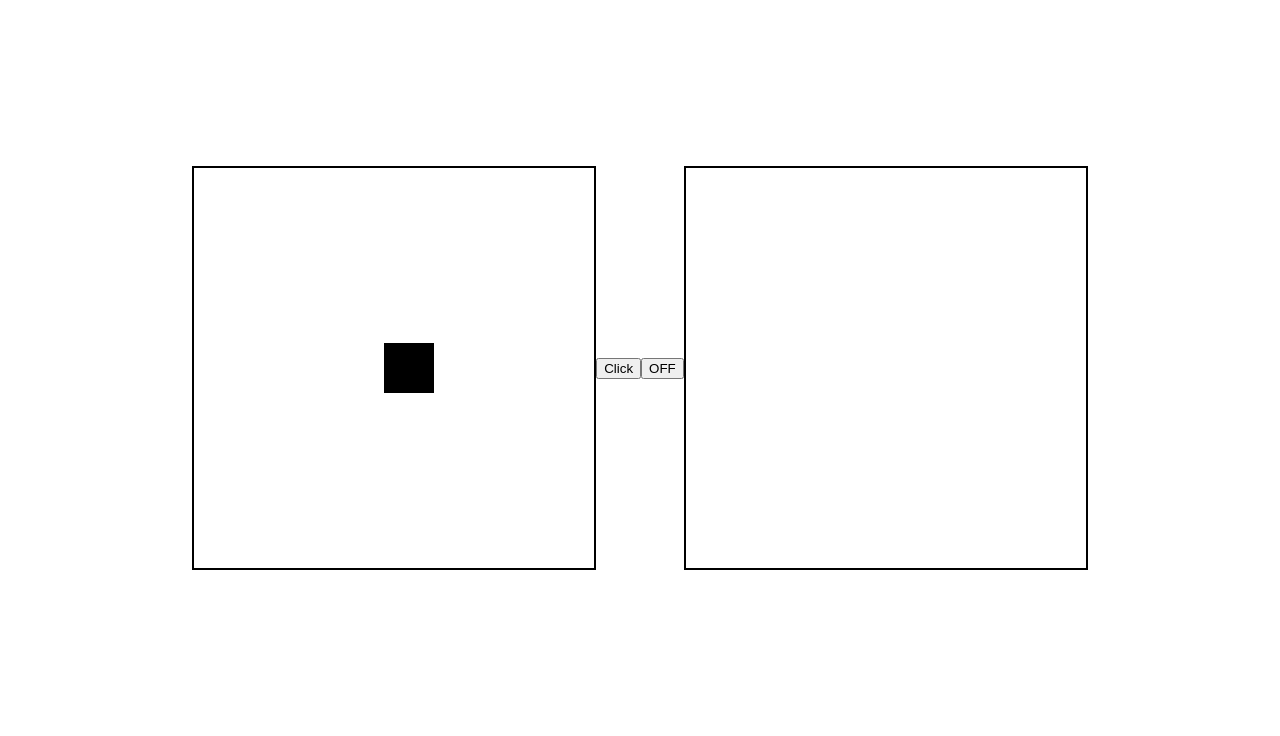
Repository: dmpelaez/photoBoothy
Page: Photobooth.html
An editor plug-in stored every save of this project. The page is shown before and after the next save, followed by the edit.
The browser window is 1280 px wide. The pictures show the whole page.

Above is the page before, as saved 2025-12-16 20:58:02.

### Photobooth.html
<!DOCTYPE html>

  <html>

    <head>

      <title>Photobooth</title>

      <link rel="stylesheet" href="Photobooth.css">
    </head>
    <body>
      <div class="timer"></div>
      <video autoplay id="video"></video>
      <button id="photo-btn" >Click</button>
      <button id="btn-toggle">OFF</button>
      <canvas id="canvas-image"></canvas>
      <script src="Photobooth.js"></script>
    </body>

  </html>

### Photobooth.css
body {
  display: Flex;
  align-items: center;
  justify-content: center;
  HEIGHT: 100VH;
  flex-direction: row;
}
#video,
#canvas-image {
  border: 2px solid black;
  height: 400px;
  width: 400px;
}
.timer {
display: initial;
 background: black;
  height: 50px;
  width: 50px;
  color: white;
  display: flex;
  align-items: center;
  justify-content: center;
  position: absolute;
  left: 30%;
}

.timerPhoto {
  background: black;
  height: 50px;
  width: 50px;
  color: white;
  display: flex;
  align-items: center;
  justify-content: center;
}

### Photobooth.js
//To make the video appear in html
//I use <video></video> html element
const video = document.getElementById('video');
//canvas element is where the photos will appear
const canvas = document.getElementById('canvas-image');
const btn = document.getElementById('photo-btn');
//I set the canvas into 2d to get the copy
//of the photo taken
const context = canvas.getContext('2d');


//I use navigator.mediDevices.getUsermedia
//to get access on the camera by allowing the
//video and use it to assigned as value of
//video element

///-----------------------------------------------------------------///
//Default value false
let isVideo = false;


//This is a btn for on and off to the camera
document.getElementById('btn-toggle')
.addEventListener('click', () => {

  //Condition where it looks for the opposite
  //value of isVideo by using NOT operator
  //which will result to having a value of TRUE
  if (!isVideo) {
  //once it becomes true
  //navigator.mediaDevices.getUserMedia will activate
  //and the access to video will open
  navigator.mediaDevices.getUserMedia({video: true})
  .then((stream) => {
  //access to camera
  video.srcObject = stream;
  //btn ON
   document.getElementById('btn-toggle').innerHTML = 'ON';
   //Value was change to true
   //so once the btn is click again
   //the else if is the one that will be open
     isVideo = true;

  });
} else if (isVideo) {
  //access to camera again
 navigator.mediaDevices.getUserMedia({video: true})
  .then((stream) => {
    //To stop the camera access
    stream.getTracks().forEach(track => track.stop());
    //To stop the webcam light we need to track all
    //the access video.srcObject have
    for (const track of video.srcObject.getTracks()) {
      track.stop();
    }
    //no value
    stream = null;
    //no value
   video.srcObject = null;
   //Display btn as OFF
   document.getElementById('btn-toggle').innerHTML = 'OFF';
   //Value is changed to false
   isVideo = false;

  })

}
console.log(isVideo);
});

///------------------------------------------------------------///
//capturePhoto is a function where
// the canvas width and height have the
// values of videos'
//and context.drawImage capture everything
//and replicate the videos into photo
//and before that we change its value
//to the canvas.getContext('2d')
function capturePhoto() {
  //the value canvas width and height
  // is the same as the video width and height;
  canvas.width = video.videoWidth;
  canvas.height = video.videoHeight;

  //
  context.drawImage(video, 0, 0, canvas.width, canvas.height);
}

///------------------------------------------------------------------------///
//btn for camera to capture
btn.addEventListener('click', () => {
//Finally after minutes of thinking how
//to activate the timer if the camera is open

//This will only activate if the isVideo value
// is true but its default value stop it from triggering
//the settimer() because it didn't meet the condition
if (isVideo === true) {
settimer();

}
})

document.body.addEventListener('keydown', (event) => {
  if (event.code === 'Space') {
    if (isVideo === true) {
      settimer();
  }
 }
})

///-----------------------------------------------------------------////
//Timer default setTime
let timer = 5;

//This is timer function
// where after five seconds
//it will capture a picture
function settimer() {
  //Display
  document.querySelector('.timer').innerHTML = timer;
  const timer2 =  document.querySelector('.timer');
  //if statement condition where if
  //the timer is greater than 0 then it will
  //activate the specific function
  if (timer > 0) {
    timer --;
    //setTimeout is updating the settimer function every
    // one second to update the display number
    setTimeout(settimer, 1000);
    //added a new class to design the timer
    timer2.classList.add("timerPhoto");
  } else {
    //after 0 the else will run this part of function
    // where capturePhoto(); is activated
    //timer goes back to default and display it
    //but remove the design in the webpage
    capturePhoto();
    timer = 5;
   timer2.innerHTML = timer;
   timer2.classList.remove("timerPhoto");
  }
}

After the next save:
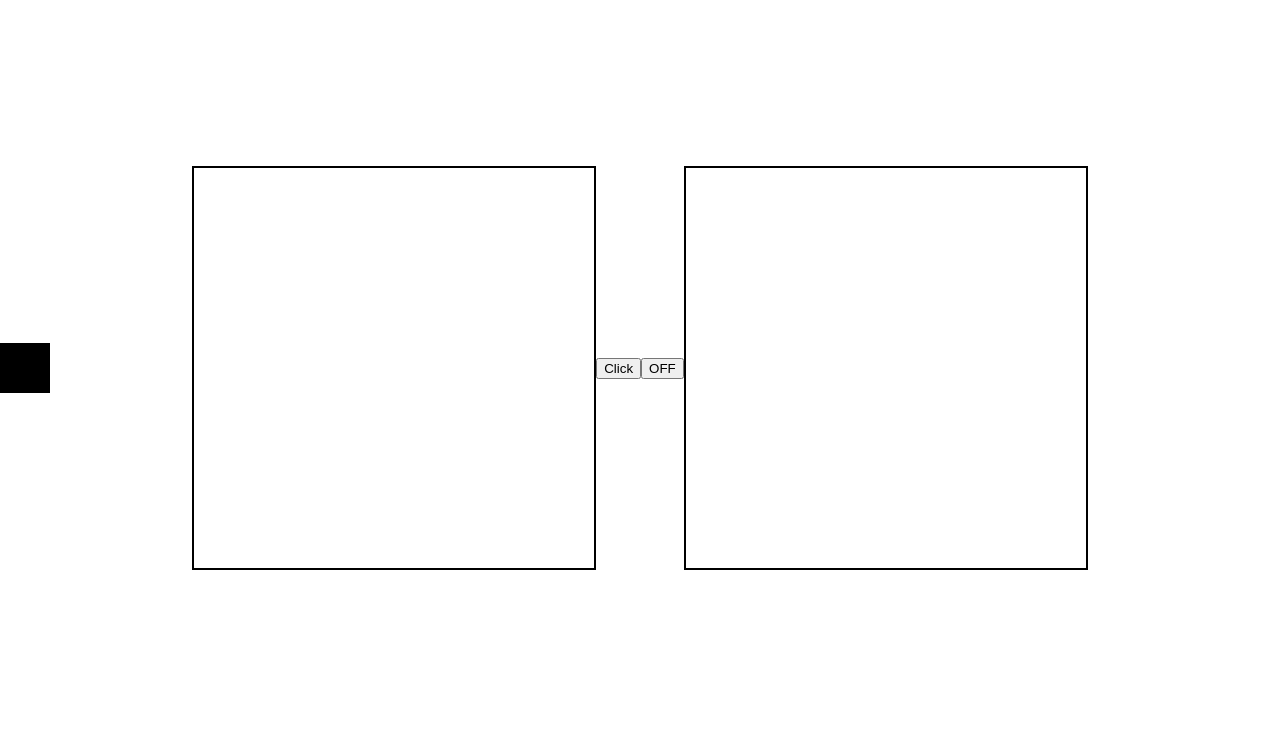
Saved 4 s later.
--- a/Photobooth.css
+++ b/Photobooth.css
@@ -21,7 +21,7 @@ display: initial;
   align-items: center;
   justify-content: center;
   position: absolute;
-  left: 30%;
+  left: 0%;
 }
 
 .timerPhoto {
